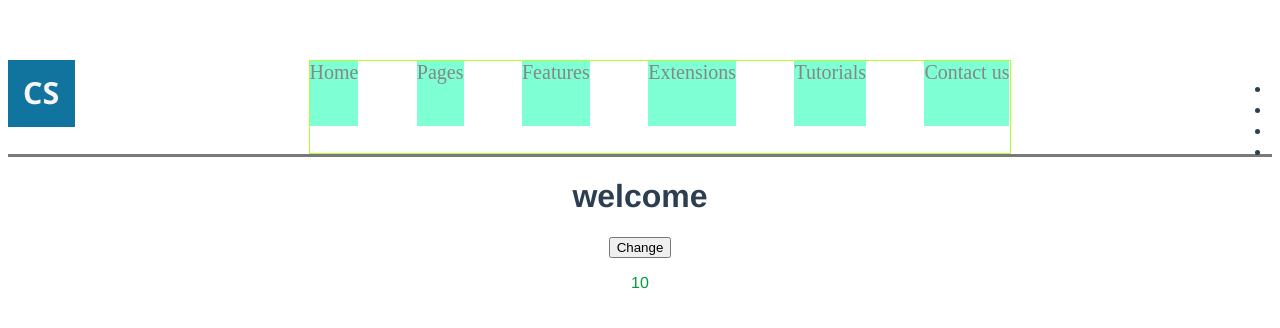
Repository: joker506/Creatives
Page: /
These files come from the project's save history. The page is drawn as it stood at one moment and after the next save; the edit follows.
The browser window is 1280 px wide. The pictures show the whole page.
The project was rebuilt for these pictures with package versions that can differ from the ones it lists, and the page was loaded fresh each time.

Above is the page before, as saved 2020-03-29 17:16:38.

After the next save:
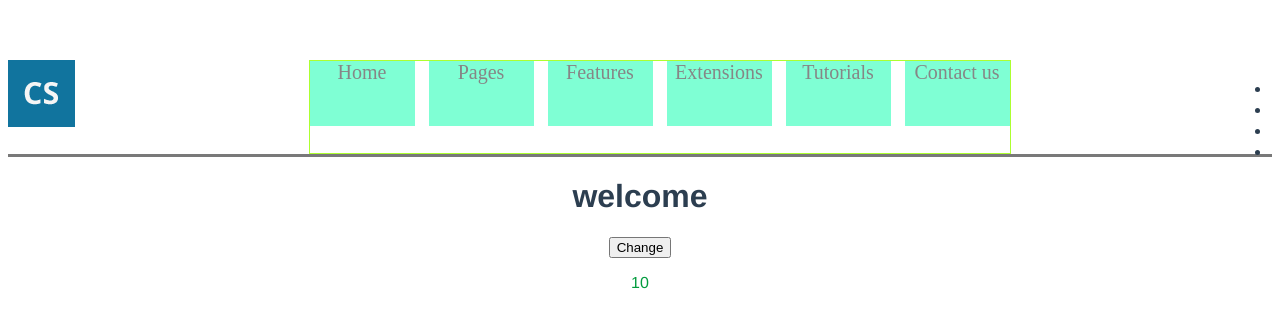
Saved 94 s later.
--- a/src/components/HeaderApp.vue
+++ b/src/components/HeaderApp.vue
@@ -92,6 +92,7 @@ justify-content: space-between;
 height: 90px;
 }
 .item{
+    width: 105px;
     height: 65px;
     list-style: none;
     font-family: "Myriad Pro";
